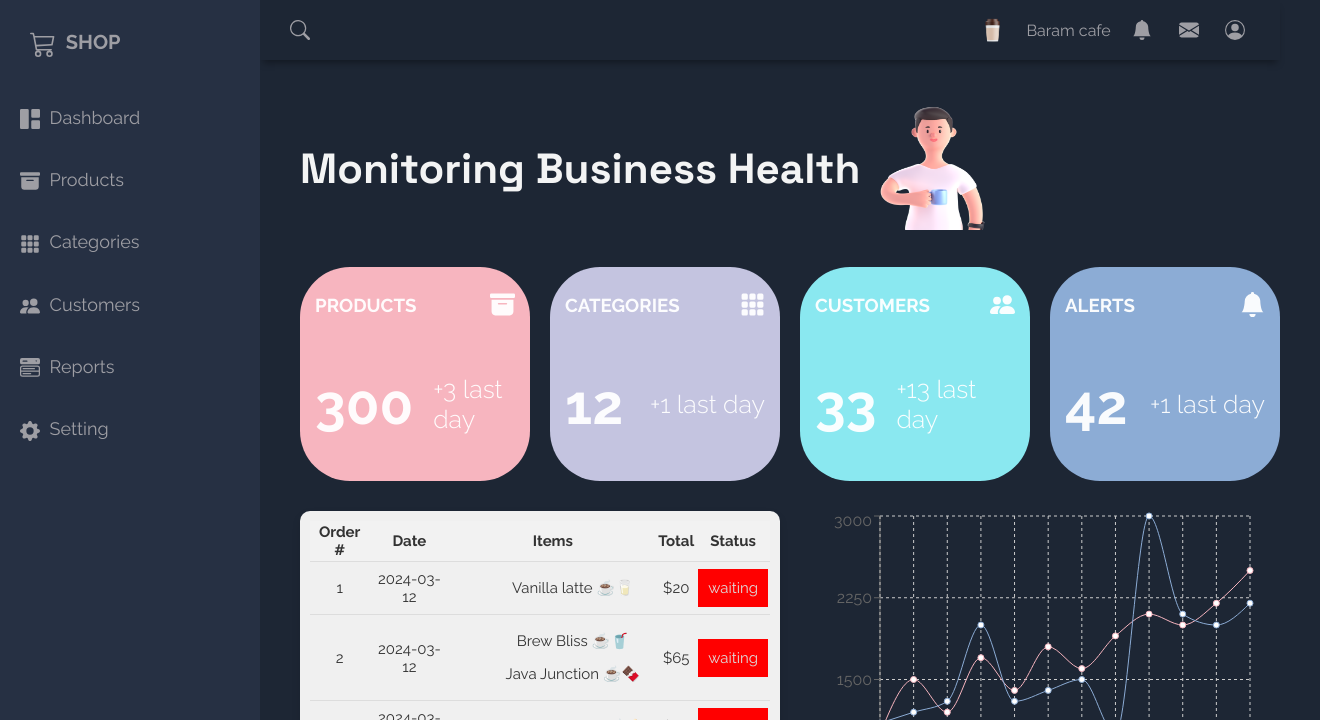
Repository: ffferncake/monitoring-business-health
Page: /
An editor plug-in stored every save of this project. The page is shown before and after the next save, followed by the edit.
The browser window is 1280 px wide. The page is 1320 px wide, so the pictures cover 1320 px, including what lies to the right of the window. The pictures show the whole page.
An inner scrolling area shows only its first screen. The project was rebuilt for these pictures with package versions that can differ from the ones it lists, and the page was loaded fresh each time. Also part of the build but not shown: vite.config.js.

Above is the page before, as saved 2024-03-13 16:17:15.

### index.html
<!doctype html>
<html lang="en">
  <head>
    <meta charset="UTF-8" />
    <link rel="icon" type="image/svg+xml" href="/images/coffee-glass-packaging.png" />
    <meta name="viewport" content="width=device-width, initial-scale=1.0" />
    <title>Baram 바람</title>
  </head>
  <body>
    <div id="root"></div>
    <script type="module" src="/src/main.jsx"></script>
  </body>
</html>

### src/App.css
@import url("https://fonts.googleapis.com/css2?family=Raleway:ital,wght@0,100..900;1,100..900&family=Space+Grotesk:wght@300..700&display=swap");
body {
  margin: 0;
  padding: 0;
  background-color: #1d2634;
  color: #9e9ea4;
  /* font-family: 'Montserrat', sans-serif; */
  font-family: "Raleway", "Space Grotesk", sans-serif;
}

.icon {
  vertical-align: middle;
  line-height: 1px;
  font-size: 20px;
}
.icon_header {
  vertical-align: middle;
  line-height: 1px;
  font-size: 26px;
}
.icon,
.icon_header {
  margin-right: 5px;
}

.close_icon {
  color: red;
  margin-left: 30px;
  margin-top: 10px;
  cursor: pointer;
}

.grid-container {
  display: grid;
  grid-template-columns: 260px 1fr 1fr 1fr;
  grid-template-rows: 0.2fr 3fr;
  grid-template-areas:
    "sidebar header header header"
    "sidebar main main main";
  height: 100vh;
}

/* Header  */
.header {
  grid-area: header;
  height: 60px;
  display: flex;
  align-items: center;
  justify-content: space-between;
  padding: 0 30px 0 30px;
  box-shadow: 0 6px 7px -3px rgba(0, 0, 0, 0.35);
}

.header-right {
  display: flex;
  justify-content: space-between;
  align-items: center;
  width: 270px;
}
.header-right > img {
  width: 25px;
}

.menu-icon {
  display: none;
}
/* End Header  */

/* Sidebar  */
#sidebar {
  grid-area: sidebar;
  height: 100%;
  background-color: #263043;
  overflow-y: auto;
  transition: all 0.5s;
  -webkit-transition: all 0.5s;
}

.sidebar-title {
  display: flex;
  justify-content: space-between;
  align-items: center;
  padding: 15px 30px 0px 30px;
  margin-bottom: 30px;
  font-family: "Raleway", sans-serif;
}

.sidebar-title > span {
  display: none;
}

.sidebar-brand {
  margin-top: 15px;
  font-size: 20px;
  font-weight: 700;
}

.sidebar-list {
  padding: 0;
  list-style-type: none;
}

.sidebar-list-item {
  padding: 20px 20px 20px 20px;
  font-size: 18px;
}

.sidebar-list-item:hover {
  background-color: rgba(255, 255, 255, 0.2);
  cursor: pointer;
}

.sidebar-list-item > a {
  text-decoration: none;
  color: #9e9ea4;
}

.sidebar-responsive {
  display: inline !important;
  position: absolute;
  /*
    we want the z-index of the sidebar higher so that
    the charts are not showing over the sidebar
    on small screens
  */
  z-index: 12 !important;
}

/* End Sidebar  */

/* Main  */
.main-container {
  grid-area: main;
  overflow-y: auto;
  overflow-x: hidden;
  padding: 20px 20px;
  color: rgba(255, 255, 255, 0.95);
  width: 100%;
  display: flex;
  flex-wrap: wrap;
}

.column {
  /* grid-area: main; */
  overflow-y: auto;
  padding: 20px 20px;
  color: rgba(255, 255, 255, 0.95);
  overflow-x: hidden;
  /* width: 50%; */
}

.main-title {
  display: flex;
  /* justify-content: space-between; */
  font-size: 36px;
  font-family: "Space Grotesk", sans-serif;
}

.main-title > img {
  width: 150px;
  height: 130px;
}
.main-cards {
  display: grid;
  grid-template-columns: 1fr 1fr 1fr 1fr;
  gap: 20px;
  margin: 30px 0;
}

.card {
  display: flex;
  flex-direction: column;
  justify-content: space-around;
  padding: 8px 15px;
  border-radius: 50px;
}

.card:first-child {
  background-color: #f7b5bf;
}

.card:nth-child(2) {
  background-color: #c4c4e0;
}

.card:nth-child(3) {
  background-color: #8ae8f0;
}

.card:nth-child(4) {
  background-color: #8cacd5;
}

.card-inner {
  display: flex;
  align-items: center;
  justify-content: space-between;
}

.card-inner-text {
  display: flex;
  align-items: center;
  justify-content: space-between;
}

.card-inner-text > h1 {
  font-size: 55px;
  font-weight: 700;
}

.card-inner-text > h2 {
  font-size: 25px;
  padding-left: 20px;
  font-weight: 300;
}

.card-inner > .card_icon {
  font-size: 25px;
}

.card-inner > img {
  border-radius: 50px;
  width: 290px;
  height: 400px;
  display: block;
  align-items: center;
  margin: 0 auto; /* Center the image horizontally */
  margin-left: 50px;
}
.charts {
  display: grid;
  grid-template-columns: 1fr 1fr;
  gap: 20px;
  margin-top: 10px;
  height: 300px;
}

/* End Main  */

/* Medium <= 992px */

@media screen and (max-width: 992px) {
  .grid-container {
    grid-template-columns: 1fr;
    grid-template-rows: 0.2fr 3fr;
    grid-template-areas:
      "header"
      "main";
  }

  #sidebar {
    display: none;
  }

  .menu-icon {
    display: inline;
  }

  .sidebar-title > span {
    display: inline;
  }
}
/* Small <= 768px */

@media screen and (max-width: 768px) {
  .main-cards {
    grid-template-columns: 1fr;
    gap: 10px;
    margin-bottom: 0;
  }

  .charts {
    grid-template-columns: 1fr;
    margin-top: 30px;
  }
}

/* Extra Small <= 576px */

@media screen and (max-width: 576px) {
  .hedaer-left {
    display: none;
  }
}

### src/Header.jsx
import React from "react";
import {
  BsFillBellFill,
  BsFillEnvelopeFill,
  BsPersonCircle,
  BsSearch,
  BsJustify,
} from "react-icons/bs";
import "./App.css";

function Header({ OpenSidebar }) {
  return (
    <header className="header">
      <div className="menu-icon">
        <BsJustify className="icon" onClick={OpenSidebar} />
      </div>
      <div className="header-left">
        <BsSearch className="icon" />
      </div>

      <div className="header-right">
        <img src="./images/coffee-glass-packaging.png" alt="coffee" />
        <p>Baram cafe</p>
        <BsFillBellFill className="icon" />
        <BsFillEnvelopeFill className="icon" />
        <BsPersonCircle className="icon" />
      </div>
    </header>
  );
}

export default Header;

### src/Sidebar.jsx
import React from 'react'
import
{BsCart3, BsGrid1X2Fill, BsFillArchiveFill, BsFillGrid3X3GapFill, BsPeopleFill,
  BsListCheck, BsMenuButtonWideFill, BsFillGearFill}
 from 'react-icons/bs'

function Sidebar({openSidebarToggle, OpenSidebar}) {
  return (
    <aside id="sidebar" className={openSidebarToggle ? "sidebar-responsive": ""}>
        <div className='sidebar-title'>
            <div className='sidebar-brand'>
                <BsCart3  className='icon_header'/> SHOP
            </div>
            <span className='icon close_icon' onClick={OpenSidebar}>X</span>
        </div>

        <ul className='sidebar-list'>
            <li className='sidebar-list-item'>
                <a href="">
                    <BsGrid1X2Fill className='icon'/> Dashboard
                </a>
            </li>
            <li className='sidebar-list-item'>
                <a href="">
                    <BsFillArchiveFill className='icon'/> Products
                </a>
            </li>
            <li className='sidebar-list-item'>
                <a href="">
                    <BsFillGrid3X3GapFill className='icon'/> Categories
                </a>
            </li>
            <li className='sidebar-list-item'>
                <a href="">
                    <BsPeopleFill className='icon'/> Customers
                </a>
            </li>
            {/* <li className='sidebar-list-item'>
                <a href="">
                    <BsListCheck className='icon'/> Inventory
                </a>
            </li> */}
            <li className='sidebar-list-item'>
                <a href="">
                    <BsMenuButtonWideFill className='icon'/> Reports
                </a>
            </li>
            <li className='sidebar-list-item'>
                <a href="">
                    <BsFillGearFill className='icon'/> Setting
                </a>
            </li>
        </ul>
    </aside>
  )
}

export default Sidebar

### src/Home.jsx
import React from "react";
import {
  BsFillArchiveFill,
  BsFillGrid3X3GapFill,
  BsPeopleFill,
  BsFillBellFill,
} from "react-icons/bs";
import {
  BarChart,
  Bar,
  Cell,
  XAxis,
  YAxis,
  CartesianGrid,
  Tooltip,
  Legend,
  ResponsiveContainer,
  LineChart,
  Line,
} from "recharts";
import Card from "./Card";
import logoImage1 from "../public/images/ig.png"; // Import your first logo image
import logoImage2 from "../public/images/facebook.png"; // Import your second logo image
import logoImage3 from "../public/images/twitter.png"; // Import your third logo image
import OrderCard from "./OrderCard";

function Home() {
  const data = [
    { month: "01", profit_2021: 1000, profit_2022: 1100 },
    { month: "02", profit_2021: 1500, profit_2022: 1200 },
    { month: "03", profit_2021: 1200, profit_2022: 1300 },
    { month: "04", profit_2021: 1700, profit_2022: 2000 },
    { month: "05", profit_2021: 1400, profit_2022: 1300 },
    { month: "06", profit_2021: 1800, profit_2022: 1400 },
    { month: "07", profit_2021: 1600, profit_2022: 1500 },
    { month: "08", profit_2021: 1900, profit_2022: 1000 },
    { month: "09", profit_2021: 2100, profit_2022: 3000 },
    { month: "10", profit_2021: 2000, profit_2022: 2100 },
    { month: "11", profit_2021: 2200, profit_2022: 2000 },
    { month: "12", profit_2021: 2500, profit_2022: 2200 },
  ];

  const reviews = [
    "This is a fantastic product! Highly recommended 👍👍👍",
    "Amazing service and great value for money 💯",
    "Couldn't be happier with my purchase 💖. 10/10.",
  ];

  const latestOrders = [
    {
      id: 1,
      date: "2024-03-12",
      items: [
        { name: "Vanilla latte ☕️🥛", price: 20 },
        // { name: "Product 2", price: 30 },
        // { name: "Product 3", price: 15 },
      ],
      status: "waiting",
      total: 20,
    },
    {
      id: 2,
      date: "2024-03-12",
      items: [
        { name: "Brew Bliss ☕️🥤", price: 25 },
        { name: "Java Junction ☕️🍫", price: 40 },
      ],
      status: "waiting",
      total: 65,
    },
    {
      id: 3,
      date: "2024-03-12",
      items: [{ name: "Coffee Sundae ☕️🍦", price: 30 }],
      status: "waiting",
      total: 30,
    },
    {
      id: 4,
      date: "2024-03-12",
      items: [
        { name: "The Roast Retreat ☕️❄️", price: 15 },
        { name: "Brew Bliss ☕️🥤", price: 20 },
      ],
      status: "waiting",
      total: 35,
    },
    // {
    //   id: 5,
    //   date: "2024-03-08",
    //   items: [
    //     { name: "Product 11", price: 25 },
    //     { name: "Product 12", price: 30 },
    //     { name: "Product 13", price: 15 },
    //     { name: "Product 14", price: 40 },
    //   ],
    //   total: 110,
    // },
  ];

  return (
    <>
      <div className="main-container">
        <div className="column">
          <div className="main-title">
            <h3>Monitoring Business Health</h3>
            <img
              src="./images/businessman-holding-cup.png"
              alt="man-holding-coffee"
            />
          </div>
          <div className="main-cards">
            <div className="card">
              <div className="card-inner">
                <h3>PRODUCTS</h3>
                <BsFillArchiveFill className="card_icon" />
              </div>
              <div className="card-inner-text">
                {" "}
                <h1>300</h1>
                <h2>+3 last day</h2>
              </div>
            </div>
            <div className="card">
              <div className="card-inner">
                <h3>CATEGORIES</h3>
                <BsFillGrid3X3GapFill className="card_icon" />
              </div>
              <div className="card-inner-text">
                <h1>12</h1>
                <h2>+1 last day</h2>
              </div>
            </div>
            <div className="card">
              <div className="card-inner">
                <h3>CUSTOMERS</h3>
                <BsPeopleFill className="card_icon" />
              </div>
              <div className="card-inner-text">
                <h1>33</h1>
                <h2>+13 last day</h2>
              </div>
            </div>
            <div className="card">
              <div className="card-inner">
                <h3>ALERTS</h3>
                <BsFillBellFill className="card_icon" />
              </div>
              <div className="card-inner-text">
                <h1>42</h1>
                <h2>+1 last day</h2>
              </div>
            </div>
          </div>

          <div className="charts">
            {/* <ResponsiveContainer width="100%" height="100%">
              <BarChart
                width={500}
                height={300}
                data={data}
                margin={{
                  top: 5,
                  right: 30,
                  left: 20,
                  bottom: 5,
                }}
              >
                <CartesianGrid strokeDasharray="3 3" />
                <XAxis dataKey="month" interval={1} />
                <YAxis />
                <Tooltip />
                <Bar dataKey="profit_2021" fill="#F7B5BF" />
                <Bar dataKey="profit_2022" fill="#8CACD5" />
              </BarChart>
            </ResponsiveContainer> */}
            <OrderCard orders={latestOrders} />

            {/* <div className="card-order">
              <div className="card-inner-order">
                <h3>ALERTS</h3>
                <BsFillBellFill className="card_icon" />
              </div>
              <div className="card-inner-text">
                <h1>42</h1>
                <h2>+1 last day</h2>
              </div>
            </div> */}
            <ResponsiveContainer width="100%" height="100%">
              <LineChart
                width={500}
                height={300}
                data={data}
                margin={{
                  top: 5,
                  right: 30,
                  left: 20,
                  bottom: 5,
                }}
              >
                <CartesianGrid strokeDasharray="3 3" />
                <XAxis dataKey="month" />
                <YAxis />
                <Tooltip />
                {/* <Legend /> */}
                <Line
                  type="monotone"
                  dataKey="profit_2021"
                  stroke="#F7B5BF"
                  activeDot={{ r: 8 }}
                />
                <Line type="monotone" dataKey="profit_2022" stroke="#8CACD5" />
              </LineChart>
            </ResponsiveContainer>
          </div>
        </div>
        <div className="column">
          {/* <div className="card"> */}
          <div className="card-inner">
            <img src="./images/cafe_inside.jpg" alt="cafe img" />
            {/* </div> */}
          </div>
          <div className="card-container">
            <Card logo={logoImage1} review={reviews[0]} />
            <Card logo={logoImage2} review={reviews[1]} />
            <Card logo={logoImage3} review={reviews[2]} />
          </div>
        </div>
      </div>
    </>
  );
}

export default Home;

### src/Card.jsx
import React from "react";
import "./Card.css"; // Import CSS file for styling

const Card = ({ logo, review }) => {
  return (
    <div className="card-comment">
      <div className="logo-comment-container">
        <div className="logo-container">
          <img src={logo} alt="Logo" className="logo" />
        </div>
        <div className="review">{review}</div>
      </div>
    </div>
  );
};

export default Card;

### src/OrderCard.jsx
import React from "react";
import "./OrderCard.css"; // Import CSS file for styling

const OrderCard = ({ orders }) => {
  return (
    <div className="order-card">
      <table>
        <thead>
          <tr>
            <th>Order #</th>
            <th>Date</th>
            <th>Items</th>
            <th>Total</th>
            <th>Status</th>
          </tr>
        </thead>
        <tbody>
          {orders.map((order) => (
            <tr key={order.id}>
              <td>{order.id}</td>
              <td>{order.date}</td>
              <td>
                <ul>
                  {order.items.map((item, index) => (
                    <p key={index}>{item.name}</p>
                  ))}
                </ul>
              </td>
              <td>${order.total}</td>
              <td>
                <span className={`status-${order.status.toLowerCase()}`}>
                  {order.status}
                </span>
              </td>
            </tr>
          ))}
        </tbody>
      </table>
    </div>
  );
};

export default OrderCard;

### src/Card.css
.card-comment {
  width: 250px;
  height: 50px; /* Adjust height according to content */
  margin-top: 10px;
  margin-left: 50px;
  border-radius: 30px;
  background-color: #f0f0f0;
  display: flex;
  /* align-items: center;
  justify-content: center; */
  padding: 20px;
  /* text-align: center; */
}
.logo-comment-container {
  display: flex;
  align-items: center;
  justify-content: space-between;
}

.logo-container {
  width: 50px;
  height: 50px;
  border-radius: 30px;
  overflow: hidden;
  /* margin-bottom: 20px; */
}

.logo {
  width: 100%;
  height: 100%;
  object-fit: contain;
}

.review {
  font-size: 12px;
  color: #333;
  margin-left: 10px; /* Adjust margin as needed */
}

### src/OrderCard.css
.order-card {
  background-color: #f0f0f0;
  border-radius: 10px;
  padding: 10px;
  margin-bottom: 10px;
  box-shadow: 0 4px 8px rgba(0, 0, 0, 0.1);
}

table {
  width: 100%;
  border-collapse: collapse;
}

th,
td {
  padding: 2px;
  border-bottom: 1px solid #ddd;
  text-align: center;
  font-size: 15px;
  color: #333;
}

th {
  background-color: #f2f2f2;
}

/* Status colors */
.status-waiting {
  background-color: red;
  /* border-radius: 10px; */
  font-size: 15px;
  color: #ddd;
  padding: 10px;
}

.status-done {
  background-color: green;
}

.status-delivered {
  background-color: blue;
}

Loaded but not shown: src/main.jsx (common file); src/App.jsx (common file)

After the next save:
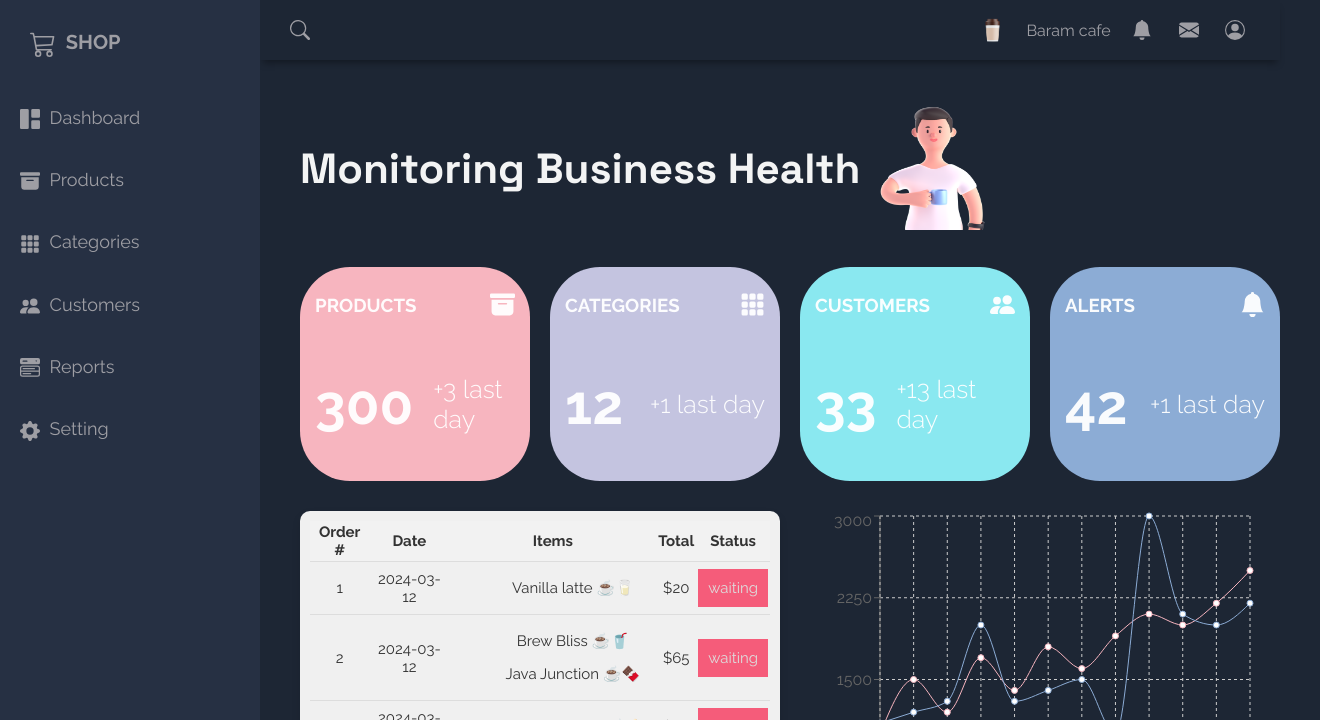
Saved 81 s later.
--- a/src/OrderCard.css
+++ b/src/OrderCard.css
@@ -26,7 +26,7 @@ th {
 
 /* Status colors */
 .status-waiting {
-  background-color: red;
+  background-color: #f55c7a;
   /* border-radius: 10px; */
   font-size: 15px;
   color: #ddd;
@@ -34,9 +34,9 @@ th {
 }
 
 .status-done {
-  background-color: green;
+  background-color: #ddedea;
 }
 
 .status-delivered {
-  background-color: blue;
+  background-color: #abc4ff;
 }
